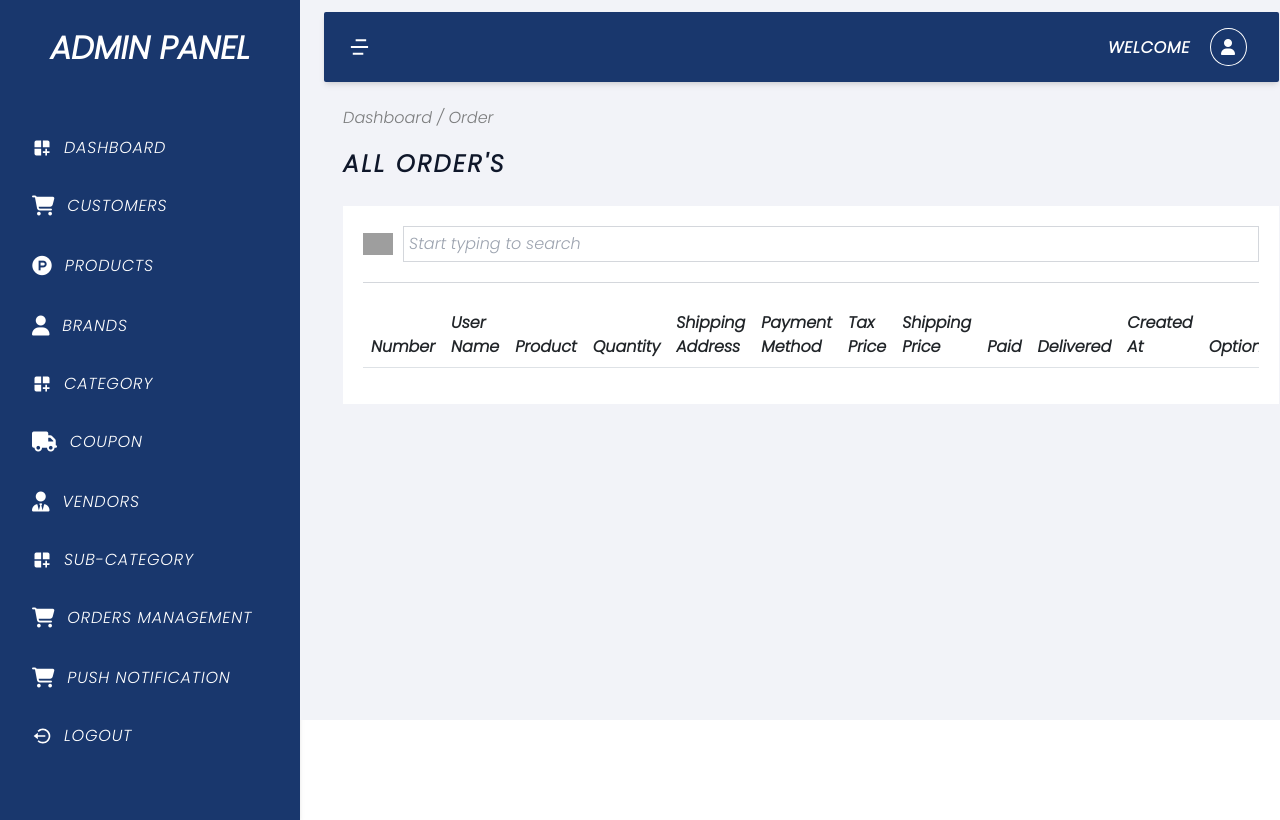
Repository: FlyweisReact/AnilAdminPanel
Page: /E-commerce/Admin/Orders
The author's editor kept a copy of each file at every save. The page is drawn from the files as they stood at one save, then again after the next save.
The browser window is 1280 px wide. The pictures show the whole page.
Pictures or frames that could not be fetched are drawn as grey boxes. The page's requests for data from a server got no answer. Some web libraries are served in a nearby version. The project was rebuilt for these pictures with package versions that can differ from the ones it lists, and the page was loaded fresh each time. No one was signed in, and anything a server would have sent is missing. Also part of the build but not shown: src/E-CommerceAdmin/forms/Login.jsx, src/E-CommerceAdmin/pages/Dashboard.jsx, src/E-CommerceAdmin/pages/ECategory.js, src/E-CommerceAdmin/pages/EProduct.js, src/E-CommerceVendor/forms/EVendorLogin.jsx, src/E-CommerceAdmin/pages/EVendorList.js, src/E-CommerceAdmin/pages/EAdminProduct.js, src/E-CommerceAdmin/pages/EAdminDelivery.js and 5 more. Imported but missing from the stored project, and not drawn on this page: src/E-CommerceVendor/pages/EVCategory, src/E-CommerceVendor/pages/EVDashboard, src/E-CommerceVendor/pages/EVOrders, src/E-CommerceVendor/pages/EVProduct, src/E-CommerceVendor/pages/EVSubCategory.

Above is the page before, as saved 2023-05-03 16:20:33.

### public/index.html
<!-- @format -->

<!DOCTYPE html>
<html lang="en">
  <head>
    <meta charset="utf-8" />
    <meta name="viewport" content="width=device-width, initial-scale=1" />
    <meta name="theme-color" content="#000000" />
    <meta
      name="description"
      content="Web site created using create-react-app"
    />
    <link rel="apple-touch-icon" href="%PUBLIC_URL%/favicon.ico?v=2" />
    <link rel="manifest" href="%PUBLIC_URL%/manifest.json" />
    <link rel="preconnect" href="https://fonts.googleapis.com">
<link rel="preconnect" href="https://fonts.gstatic.com" crossorigin>
<link href="https://fonts.googleapis.com/css2?family=Roboto+Mono:ital,wght@1,300&display=swap" rel="stylesheet">
    <title>Anil Admin Panel</title>
  </head>
  <body>
    <noscript>You need to enable JavaScript to run this app.</noscript>
    <div id="root"></div>
    <script src="https://code.jquery.com/jquery-3.6.0.min.js"></script>
    <script src="https://kit.fontawesome.com/b533b351e4.js" crossorigin="anonymous"></script>
  </body>
</html>

### src/index.js
import React from "react";
import ReactDOM from "react-dom/client";
import "./index.css";
import App from "./App";
import { BrowserRouter } from "react-router-dom";
import 'bootstrap/dist/css/bootstrap.min.css'

const root = ReactDOM.createRoot(document.getElementById("root"));
root.render(
  <React.StrictMode>
    <BrowserRouter>
      <App />
    </BrowserRouter>
  </React.StrictMode>
);

### src/index.css
/** @format */

@tailwind base;
@tailwind components;
@tailwind utilities;
@import url("https://fonts.googleapis.com/css2?family=Roboto+Mono:ital,wght@1,300&display=swap");
@font-face {
  font-family: Roboto;
  src: url("./Fonts/Poppins-LightItalic.ttf");
}
body {
  margin: 0;
  font-family: Roboto !important;
  -webkit-font-smoothing: antialiased;
  -moz-osx-font-smoothing: grayscale;
}

code {
  font-family: Roboto !important;
}

html {
  font-family: Roboto !important;
}

::-webkit-scrollbar {
  width: 10px;
}
.fa-trash {
  color: red;
  cursor: pointer;
}

.iCOn {
  transition: 0.5s;
  box-shadow: none;
  transform: scale(1);
}
.cardDiv {
  cursor: pointer;
}

.cardDiv:hover .iCOn {
  box-shadow: rgba(0, 0, 0, 0.35) 0px 5px 15px;
  transform: scale(1.3);
}

/* Track */
::-webkit-scrollbar-track {
  background: #f1f1f1;
}

/* Handle */
::-webkit-scrollbar-thumb {
  background: #888;
}

/* Handle on hover */
::-webkit-scrollbar-thumb:hover {
  background: #555;
}
.profileImage {
  width: 100px;
}
.fa-eye {
  color: #029aff;
  cursor: pointer;
}
.fa-edit {
  cursor: pointer;
  color: blue;
}

.View {
  border: 1px solid black;
  width: 100%;
  padding: 10px;
}

.main-card--container {
  display: grid;
  grid-template-columns: repeat(3, minmax(300px, 500px));
  grid-gap: 50px;
  justify-content: space-around;
}
.card-container {
  margin: 25px 0 auto;
  box-shadow: rgba(0, 0, 0, 0.35) 0px 5px 15px;
  position: relative;
  display: grid;
  grid-template-columns: 1fr;
  justify-content: space-around;
  align-items: flex-start;
}

.myEdit:focus {
  box-shadow: rgba(0, 0, 0, 0.35) 0px 5px 15px;
}

.AstroLogin {
  color: #fff;
  background-color: #2b7a8e;
  padding: 10px;
  width: 380px;
  text-align: center;
  font-size: 20px;
  background: linear-gradient(to left, #2b7a8e 50%, #fff 50%) right;
  background-size: 200%;
  transition: 0.5s ease-out;
  border: 1px solid #2b7a8e;
  margin-top: 10px;
  text-transform: uppercase;
}
.AstroLogin:hover {
  background-position: left;
  color: #2b7a8e;
}

.EcommerceAdminLogin {
  color: #fff;
  background-color: #19376d;
  padding: 10px;
  width: 380px;
  text-align: center;
  font-size: 20px;
  background: linear-gradient(to left, #19376d 50%, #fff 50%) right;
  background-size: 200%;
  transition: 0.5s ease-out;
  border: 1px solid #19376d;
  margin-top: 10px;
  text-transform: uppercase;
}

.EcommerceAdminLogin:hover {
  background-position: left;
  color: #19376d;
}
.EcommerceVendorLogin {
  color: #fff;
  background-color: #576cbc;
  padding: 10px;
  width: 380px;
  text-align: center;
  font-size: 20px;
  background: linear-gradient(to left, #576cbc 50%, #fff 50%) right;
  background-size: 200%;
  transition: 0.5s ease-out;
  border: 1px solid #576cbc;
  margin-top: 10px;
  text-transform: uppercase;
}

.EcommerceVendorLogin:hover {
  background-position: left;
  color: #576cbc;
}

.view {
  background-color: #2196f3;
  color: #fff;
  width: 50%;
  padding: 5px;
}

.two-sec {
  display: flex;
  justify-content: space-evenly;
  justify-content: space-evenly;
}
.two-sec .left {
  width: 60%;
  background-color: #f6f1ef;
  padding: 20px;
}
.two-sec .left .head {
  font-size: 25px;
  font-weight: bold;
}

.two-sec .right {
  width: 30%;
  background-color: #f6f1ef;
}

.searchDiv {
  width: 100%;
  display: flex;
  gap: 10px;
  border: 1px solid rgb(179, 179, 179);
  padding: 10px;
  margin-bottom: 20px;
  align-items: center;
}
.searchDiv input {
  width: 94%;
  outline: none;
  border: none;
}

.flexCont {
  display: flex;
  align-items: center;
  gap: 10px;
}
.flexCont img {
  width: 60px;
  background-color: #e9ecef;
}

.blockContent {
  display: block;
}
.blockContent p {
  margin: 0;
}

.checkBox {
  width: 50px;
  height: 25px;
  background-color: #e9ecef;
  border-radius: 50px;
  position: relative;
  cursor: pointer;
}
.checkBox span {
  width: 20px;
  height: 20px;
  border-radius: 100%;
  background-color: #fff;
  position: absolute;
  left: 5px;
  top: 2px;
}
.ActivecheckBox {
  width: 50px;
  height: 25px;
  background-color: #0d6efd;
  border-radius: 50px;
  position: relative;
  cursor: pointer;
}
.ActivecheckBox span {
  width: 20px;
  height: 20px;
  border-radius: 100%;
  background-color: #fff;
  position: absolute;
  right: 5px;
  top: 2px;
}

.fa-eye {
  color: #0cba73;
  background-color: #d6f8e8;
  width: 40px;
  text-align: center;
  height: 40px;
  display: flex;
  border-radius: 100%;
  justify-content: center;
  padding-top: 10px;
  transition: 0.5s;
}

.fa-pen-to-square {
  color: #f4c39c;
  background-color: #ffebdb;
  width: 40px;
  text-align: center;
  height: 40px;
  display: flex;
  border-radius: 100%;
  justify-content: center;
  padding-top: 10px;
  cursor: pointer;
  transition: 0.5s;
}
.fa-trash {
  color: #df939f;
  background-color: #ffe1e8;
  width: 40px;
  text-align: center;
  height: 40px;
  display: flex;
  border-radius: 100%;
  justify-content: center;
  padding-top: 10px;
  cursor: pointer;
  transition: 0.5s;
}
.fa-trash:hover {
  transform: scale(1.2);
}
.fa-eye:hover {
  transform: scale(1.2);
}
.fa-pen-to-square:hover {
  transform: scale(1.2);
}
.required {
  color: #e74260;
}

.headP {
  margin-left: 2%;
  color: #7b7c7d;
}
.filterBox {
  display: flex;
  align-items: center;
  gap: 10px;
  border-bottom: 1px solid #d4d7dc;
  padding-bottom: 20px;
  margin-bottom: 20px;
}
.filterBox img {
  width: 30px;
}
.filterBox input {
  width: 100%;
  border: 1px solid #d4d7dc;
  outline: none;
  padding: 5px;
  color: black;
}
.sectionCont {
  width: 98%;
  background-color: #fff;
  margin-left: 2%;
  padding: 20px;
}

.overFlowCont {
  width: 100%;
  overflow-x: auto;
}

.UserProfile {
  border: 1px solid #fff;
  padding: 10px;
  border-radius: 100%;
  transition: 0.5s;
  margin-left: 20px;
  cursor: pointer;
}

.UserProfile:hover {
  background-color: #fff;
  color: #000;
}

.submitBtn{
  border-radius: 0 !important;
  background-color: #19376d !important  ;

}

.pagination{
display: flex;
justify-content: center;
align-items: center;
gap: 10px;
margin-bottom: 20px;
}
.pagination button{
  border: 1px solid black;
  /* height: 50px;
  width: 50px; */
  padding: 10px;
}

.active{
  background-color: #029aff;
  color: #fff;
  border: 1px solid #029aff  !important;
}

### src/E-CommerceAdmin/pages/EAdminOrders.js
/** @format */

import axios from "axios";
import React, { useEffect, useState } from "react";
import { Badge, Button, Form, Modal, Table } from "react-bootstrap";
import HOC from "../layout/HOC";

const EAdminOrders = () => {
  const [modalShow, setModalShow] = useState(false);
  const [data, setData] = useState([]);

  const fetchData = async () => {
    try {
      const { data } = await axios.get(
        " https://xw9mf13nwl.execute-api.ap-south-1.amazonaws.com/dev/api/v1/orders"
      );
      setData(data);
    } catch (e) {
      console.log(e);
    }
  };

  useEffect(() => {
    fetchData();
  }, []);

  function EditStatus(props) {
    return (
      <Modal
        {...props}
        size="lg"
        aria-labelledby="contained-modal-title-vcenter"
        centered
      >
        <Modal.Header closeButton>
          <Modal.Title id="contained-modal-title-vcenter">
            Edit Status
          </Modal.Title>
        </Modal.Header>
        <Modal.Body>
          <Form>
            <Form.Select aria-label="Default select example" className="mb-3">
              <option>--Edit Status--</option>
              <option value="1">Shipped</option>
              <option value="2">Pending</option>
              <option value="3">Canceled</option>
            </Form.Select>
            <Button variant="outline-success">Submit</Button>
          </Form>
        </Modal.Body>
      </Modal>
    );
  }

  return (
    <>
      <EditStatus show={modalShow} onHide={() => setModalShow(false)} />
      <section>
        <p className="headP">Dashboard / Order</p>

        <div
          className="pb-4 sticky top-0  w-full flex justify-between items-center"
          style={{ width: "98%", marginLeft: "2%" }}
        >
          <span
            className="tracking-widest text-slate-900 font-semibold uppercase"
            style={{ fontSize: "1.5rem" }}
          >
            All Order's
          </span>
        </div>
        <section className="sectionCont">
          <div className="filterBox">
            <img
              src="https://t4.ftcdn.net/jpg/01/41/97/61/360_F_141976137_kQrdYIvfn3e0RT1EWbZOmQciOKLMgCwG.jpg"
              alt=""
            />
            <input type="search" placeholder="Start typing to search" />
          </div>

          <div className="overFlowCont">
            <Table>
              <thead>
                <tr>
                  <th>Number</th>
                  <th>User Name</th>
                  <th>Product</th>
                  <th>Quantity</th>
                  <th>Shipping Address</th>
                  <th>Payment Method</th>
                  <th>Tax Price</th>
                  <th> Shipping Price </th>
                  <th> Paid </th>
                  <th> Delivered </th>
                  <th> Created At </th>
                  <th>Options</th>
                </tr>
              </thead>
              <tbody>
                {data?.data?.map((i, index) => (
                  <tr key={index}>
                    <td> #{index + 1} </td>
                    <td> {i.userId?.name} </td>
                    <td>
                      {" "}
                      {i.items?.map((item, index) => (
                        <ul key={index}>
                          <li> {item.product?.name} </li>
                        </ul>
                      ))}{" "}
                    </td>
                    <td>
                      {" "}
                      {i.items?.map((item, index) => (
                        <ul key={index}>
                          <li> {item.quantity} </li>
                        </ul>
                      ))}{" "}
                    </td>
                    <td> {i.shippingAddress} </td>
                    <td> {i.paymentMethod} </td>
                    <td> {i.taxPrice} </td>
                    <td> {i.shippingPrice} </td>
                    <td>
                      {" "}
                      {i.isPaid === false ? (
                        <Badge bg="danger">Not Paid</Badge>
                      ) : (
                        <Badge bg="success">Paid</Badge>
                      )}{" "}
                    </td>
                    <td>
                      {" "}
                      {i.isDelivered === false ? (
                        <Badge bg="danger">Not Paid</Badge>
                      ) : (
                        <Badge bg="success">Paid</Badge>
                      )}{" "}
                    </td>
                    <td> {i.createdAt} </td>
                    <td>
                      <span className="d-flex gap-2">
                        <i className="fa-solid fa-trash"></i>
                        <i
                          class="fa-solid fa-pen-to-square"
                          onClick={() => {
                            setModalShow(true);
                          }}
                        ></i>
                      </span>
                    </td>
                  </tr>
                ))}
              </tbody>
            </Table>
          </div>
        </section>
      </section>
    </>
  );
};

export default HOC(EAdminOrders);

### src/E-CommerceAdmin/layout/HOC.jsx
/** @format */

import React, { useState } from "react";
import Navbar from "./Navbar";
import Sidebar from "./Sidebar";

const HOC = (Wcomponenet) => {
  return function Component() {
    const [hamb, setHamb] = useState(false);
    return (
      <>
        <section className="flex overflow-x-hidden relative ">
          {/* Sidebar */}
          <div
            className={
              hamb
                ? " absolute top-0 z-30 md:w-auto shadow-md bg-slate-200  w-60 transition-all md:-left-full left duration-150  h-auto overflow-y-auto  left-0 "
                : " md:w-72 z-30 bg-slate-200  shadow-md  md:static absolute top-0 -left-full   transition-all duration-150  overflow-y-auto h-auto"
            }
            style={{ minWidth: "300px" }}
          >
            <Sidebar hamb={hamb} setHamb={setHamb} />
          </div>
          {/* Components & Navbar */}
          <div
            className={
              hamb
                ? " transition-all px-4 py-2  duration-150 w-full h-screen"
                : " w-full h-screen  px-4 py-2   z-50 transition-all duration-150 "
            }
            style={{backgroundColor : '#f2f3f8'}}
          >
            <Navbar hamb={hamb} setHamb={setHamb} />
            <div className="my-6 text-#000 h-[87%] wcomp overflow-y-auto">
              {" "}
              <Wcomponenet />
            </div>
          </div>
        </section>
      </>
    );
  };
};

export default HOC;

### src/E-CommerceAdmin/layout/Navbar.jsx
/** @format */

import { useState } from "react";
import { RiMenu4Line } from "react-icons/ri";
import { ProfileUpdate } from "../Modals/Modals";

const Navbar = ({ hamb, setHamb }) => {
  const [openProfile, setOpenProfile] = useState(false);

  return (
    <>
      <ProfileUpdate show={openProfile} onHide={() => setOpenProfile(false)} />

      <div
        className={
          hamb
            ? "flex  w-full justify-between  my-1 rounded-sm  p-4 py-3 shadow-md items-center  bg-slate-200 space-x-4"
            : "flex  w-full justify-between my-1 rounded-sm  p-4 py-3 shadow-md items-center  bg-slate-200 space-x-4"
        }
        style={{ backgroundColor: "#19376d" }}
      >
        <RiMenu4Line
          onClick={() => setHamb(!hamb)}
          className="text-2xl font-bold text-gray-900 hover:scale-90 cursor-pointer"
          style={{ color: "#fff" }}
        />

        <section className="flex sm:ml-auto justify-end sm:w-full items-center space-x-2  pr-2">
          <figcaption className="tracking-wider pl-1 font-semibold">
            <div
              className="lg:text-base text-sm text-gray-900  uppercase"
              style={{ color: "#fff" }}
            >
              Welcome
              <i
                className="fa-solid fa-user UserProfile"
                onClick={() => setOpenProfile(!openProfile)}
              ></i>
            </div>
          </figcaption>
        </section>
      </div>
    </>
  );
};

export default Navbar;

### src/E-CommerceAdmin/layout/Sidebar.jsx
/** @format */

import React from "react";
import { RiCloseLine } from "react-icons/ri";
import { Link, useNavigate } from "react-router-dom";
import { BiLogOutCircle } from "react-icons/bi";
import { MdDashboardCustomize } from "react-icons/md";

const Sidebar = ({ hamb, setHamb }) => {
  const navigate = useNavigate();

  const nav = [
    {
      icon: <MdDashboardCustomize className="text-xl mr-3 rounded-full " />,
      link: "/E-Commerce/dashboard",
      name: "Dashboard",
    },

    {
      icon: (
        <i className="fa-solid fa-cart-shopping text-xl mr-3 rounded-full"></i>
      ),
      link: "/Customer",
      name: "Customers",
    },

    {
      icon: (
        <i className="fa-brands fa-product-hunt text-xl mr-3 rounded-full"></i>
      ),
      link: "/E-Commerce/Product",
      name: "Products",
    },

    {
      icon: <i class="fa-solid fa-user text-xl mr-3 rounded-full"></i>,
      link: "/E-Commerce/Admin",
      name: "Brands",
    },
    {
      icon: <MdDashboardCustomize className="text-xl mr-3 rounded-full " />,
      link: "/E-Commerce/Category",
      name: "Category",
    },
    {
      icon: <i class="fa-solid fa-truck  text-xl mr-3 rounded-full"></i>,
      link: "/E-Commerce/Admin/Delivery",
      name: "Coupon",
    },

    {
      icon: <i class="fa-solid fa-user-tie text-xl mr-3 rounded-full"></i>,
      link: "/E-Commerce/VendorList",
      name: "Vendors",
    },




    {
      icon: <MdDashboardCustomize className="text-xl mr-3 rounded-full " />,
      link: "/E-Commerce/Admin/subCat",
      name: "Sub-Category",
    },

    {
      icon: (
        <i className="fa-solid fa-cart-shopping text-xl mr-3 rounded-full"></i>
      ),
      link: "/E-commerce/Admin/Orders",
      name: "Orders Management",
    },

    {
      icon: (
        <i className="fa-solid fa-cart-shopping text-xl mr-3 rounded-full"></i>
      ),
      link: "/notification",
      name: "Push Notification",
    },
  ];

  const logOut = () => {
    navigate("/");
  };

  return (
    <>
      <aside
        className="p-4 h-auto"
        style={{ backgroundColor: "#19376d", minHeight: "100vh" }}
      >
        {/* Top */}
        <div className="w-full md:hidden relative  p-2 mb-4">
          <RiCloseLine
            onClick={() => setHamb(!hamb)}
            className="text-3xl  absolute top-2 sm:hover:rotate-[228deg] transition-transform font-bold right-2 sm:hover:text-[22px] text-[rgb(241,146,46)] cursor-pointer"
          />
        </div>{" "}
        <figure className="flex  flex-col items-center">
          <span
            className="font-bold text-[#fff]"
            style={{
              fontSize: "2rem",
              textAlign: "center",
              textTransform: "uppercase",
            }}
          >
             ADMIN PANEL
          </span>
        </figure>
        <nav className="py-6">
          {nav.map((nav) => {
            return (
              <Link
                to={nav.link}
                key={nav.name}
                className=""
                style={{ textDecoration: "none", textTransform: "uppercase" }}
              >
                <span
                  className="flex my-3 items-center cursor-pointer text-gray-900    tracking-wider p-2 rounded-sm"
                  style={{ color: "#FFF" }}
                >
                  {nav.icon} {nav.name}
                </span>
              </Link>
            );
          })}
          <span
            className="flex my-3 items-center cursor-pointer text-gray-900    tracking-wider p-2 rounded-sm"
            onClick={() => logOut()}
            style={{ color: "#FFF", textTransform: "uppercase" }}
          >
            <BiLogOutCircle className="text-xl mr-3 rounded-full " /> LogOut
          </span>
        </nav>
      </aside>
    </>
  );
};

export default Sidebar;

### src/E-CommerceAdmin/Modals/Modals.js
/** @format */

import { Button, Form, Modal } from "react-bootstrap";

export function ProfileUpdate(props) {
  return (
    <Modal
      {...props}
      size="lg"
      aria-labelledby="contained-modal-title-vcenter"
      centered
    >
      <Modal.Header closeButton>
        <Modal.Title id="contained-modal-title-vcenter">
          Update Profile
        </Modal.Title>
      </Modal.Header>
      <Modal.Body>
        <Form>
          <Form.Group className="mb-3">
            <Form.Label>Name</Form.Label>
            <Form.Control type="text" />
          </Form.Group>
          <Form.Group className="mb-3">
            <Form.Label>Email</Form.Label>
            <Form.Control type="email" />
          </Form.Group>
          <Form.Group className="mb-3">
            <Form.Label>Phone Number</Form.Label>
            <Form.Control type="tel" pattern="[0-9]{10}" />
          </Form.Group>
          <Form.Group className="mb-3">
            <Form.Label>Password</Form.Label>
            <Form.Control type="password" />
          </Form.Group>
          <Button className="submitBtn" >Submit</Button>
        </Form>
      </Modal.Body>
      <Modal.Footer></Modal.Footer>
    </Modal>
  );
}

Loaded but not shown: tailwind.config.js (common file); src/App.js (66 lines, source omitted)

After the next save:
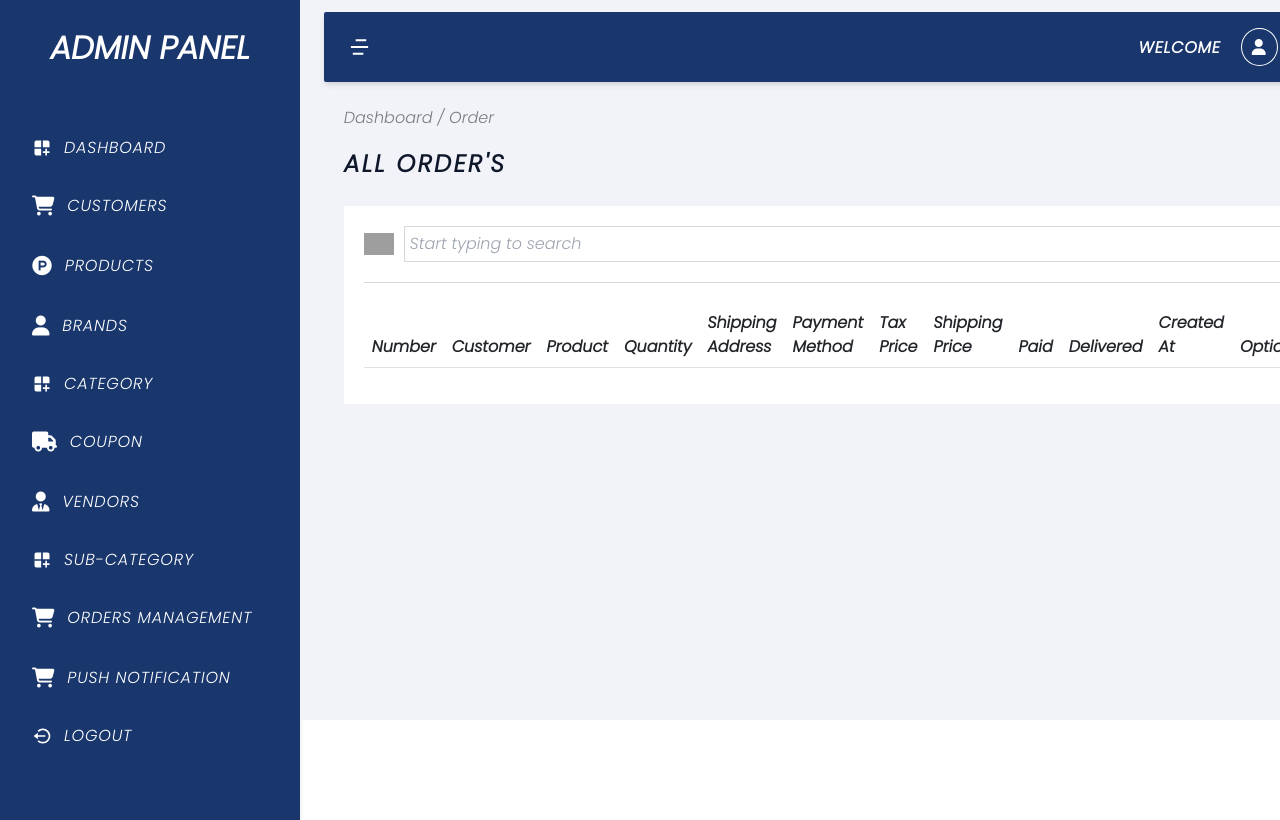
Saved 8 s later.
--- a/src/E-CommerceAdmin/pages/EAdminOrders.js
+++ b/src/E-CommerceAdmin/pages/EAdminOrders.js
@@ -83,7 +83,7 @@ const EAdminOrders = () => {
               <thead>
                 <tr>
                   <th>Number</th>
-                  <th>User Name</th>
+                  <th>Customer</th>
                   <th>Product</th>
                   <th>Quantity</th>
                   <th>Shipping Address</th>
